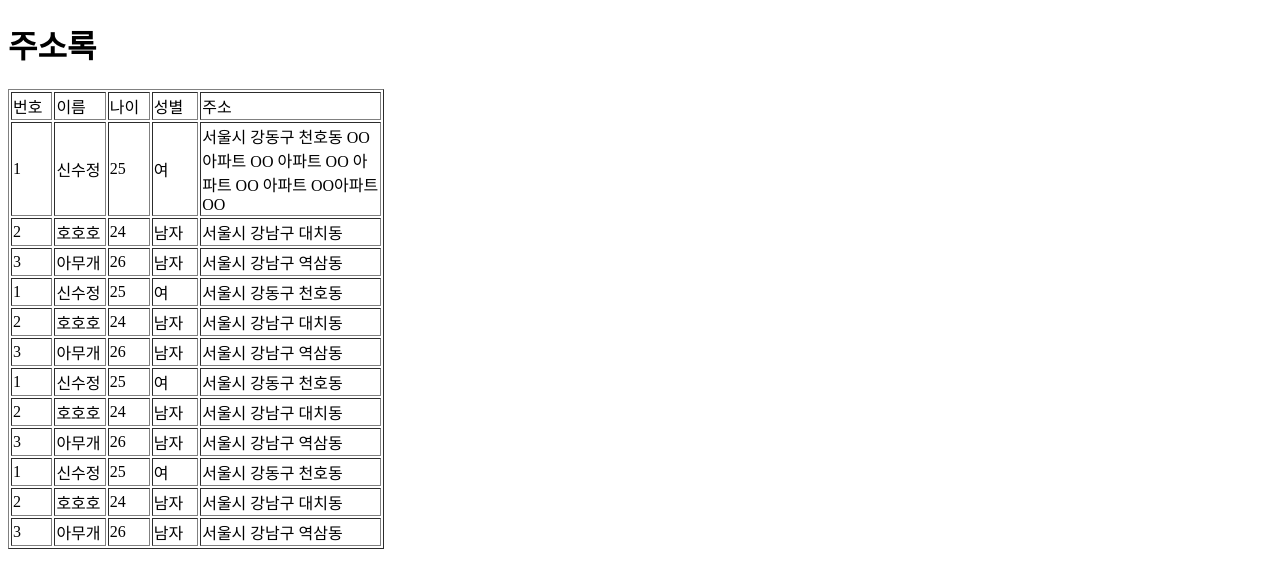
Repository: sinsujung/client
Page: ClientTest/src/main/webapp/html/ex16_table.html
The author's editor kept a copy of each file at every save. The page is drawn from the files as they stood at one save, then again after the next save.
The browser window is 1280 px wide. The pictures show the whole page.

Above is the page before, as saved 2023-09-21 01:07:37.

After the next save:
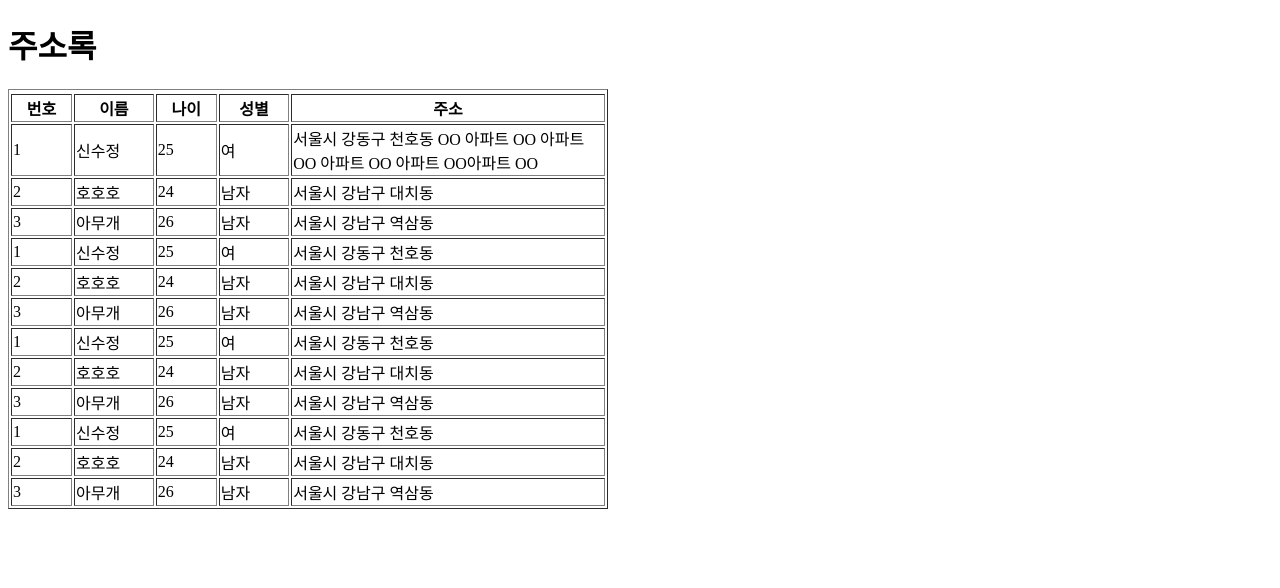
Saved 3 min 43 s later.
--- a/ClientTest/src/main/webapp/html/ex16_table.html
+++ b/ClientTest/src/main/webapp/html/ex16_table.html
@@ -11,22 +11,25 @@
 	1. 기본작업(table, tr, td)
 	2. 데이터 작성
 	3. 크기 > 전체 너비 > 열 너비
+		** 높이(X) > 데이터 추가/삭제 > 높이 변경해야 하기 때문에 ..
 	-->
 
 	<h1> 주소록</h1>
 
-	<table border="1" width="375.9">
+	<table border="1" width="600">
 
 		<!-- 테이블 헤더 -->
+		<tr bgcolor="#DDDDDD">
 		<tr>
-			<td width="60">번호</td>
-			<td width="80">이름</td>
-			<td width="60">나이</td>
-			<td width="70">성별</td>
-			<td width="330">주소</td>
+			<td align="center" width="60"><b>번호</b></td>
+			<td align="center" width="80"><b>이름</b></td>
+			<td align="center" width="60"><b>나이</b></td>
+			<td align="center" width="70"><b>성별</b></td>
+			<td align="center" width="330"><b>주소</b></td>
 		</tr>
 
 		<!-- 테이블 본문(데이터) -->
+
 		<tr>
 			<td>1</td>
 			<td>신수정</td>
